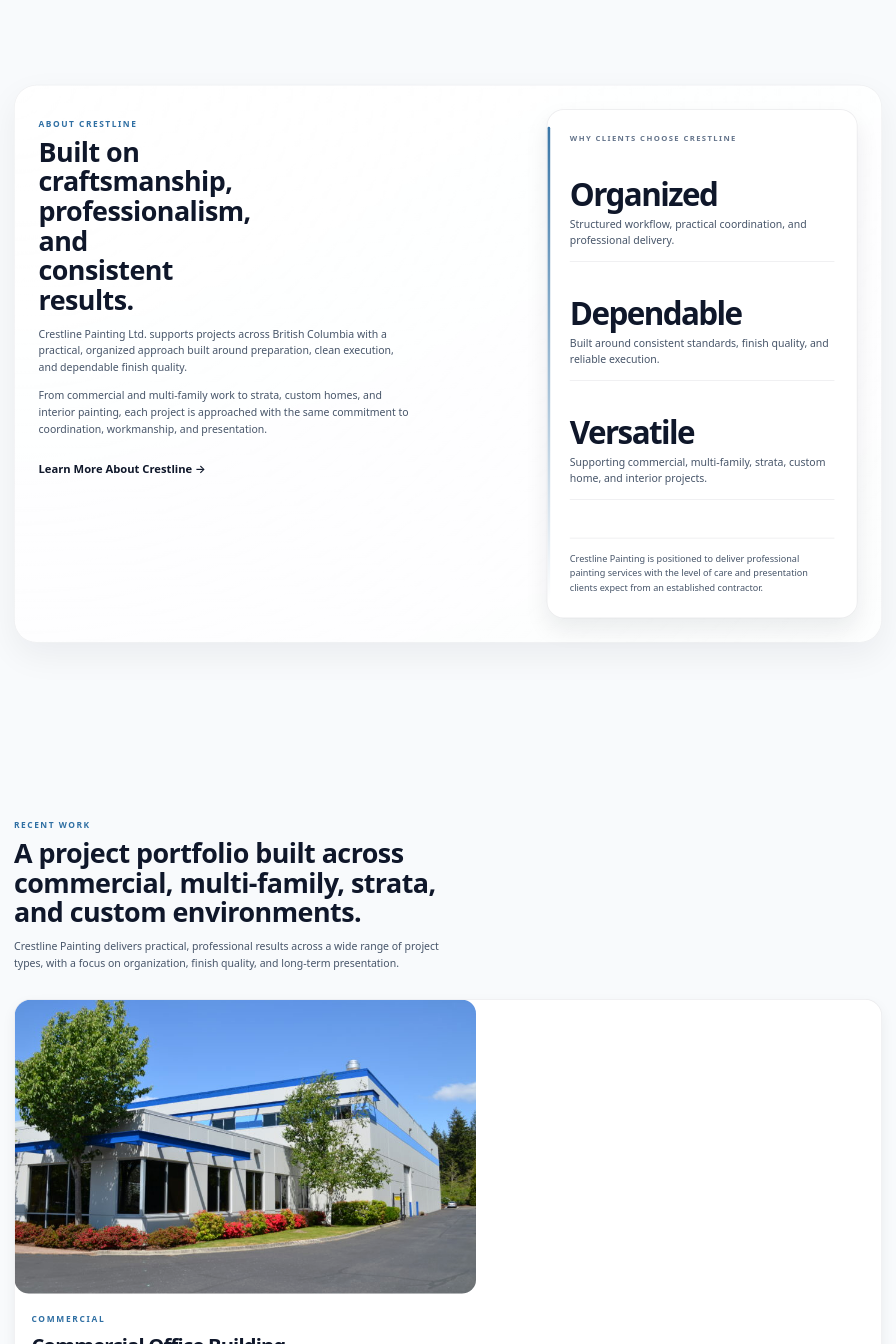
Repository: 300LBHACK3R/Crestline-Painting
Page: /
An editor plug-in stored every save of this project. The page is shown before and after the next save, followed by the edit.
The browser window is 1280 px wide. The pictures show the part of the page from y = 903 to 2823 px (the page is 6799 px tall before and 6789 px after), at 70% of full size.
The project was rebuilt for these pictures with package versions that can differ from the ones it lists, and the page was loaded fresh each time. The framework's server and built-in components were replaced by stand-ins that run in the browser. Also part of the build but not shown: next.config.ts.

Above is the page before, as saved 2026-04-28 19:15:42.

After the next save:
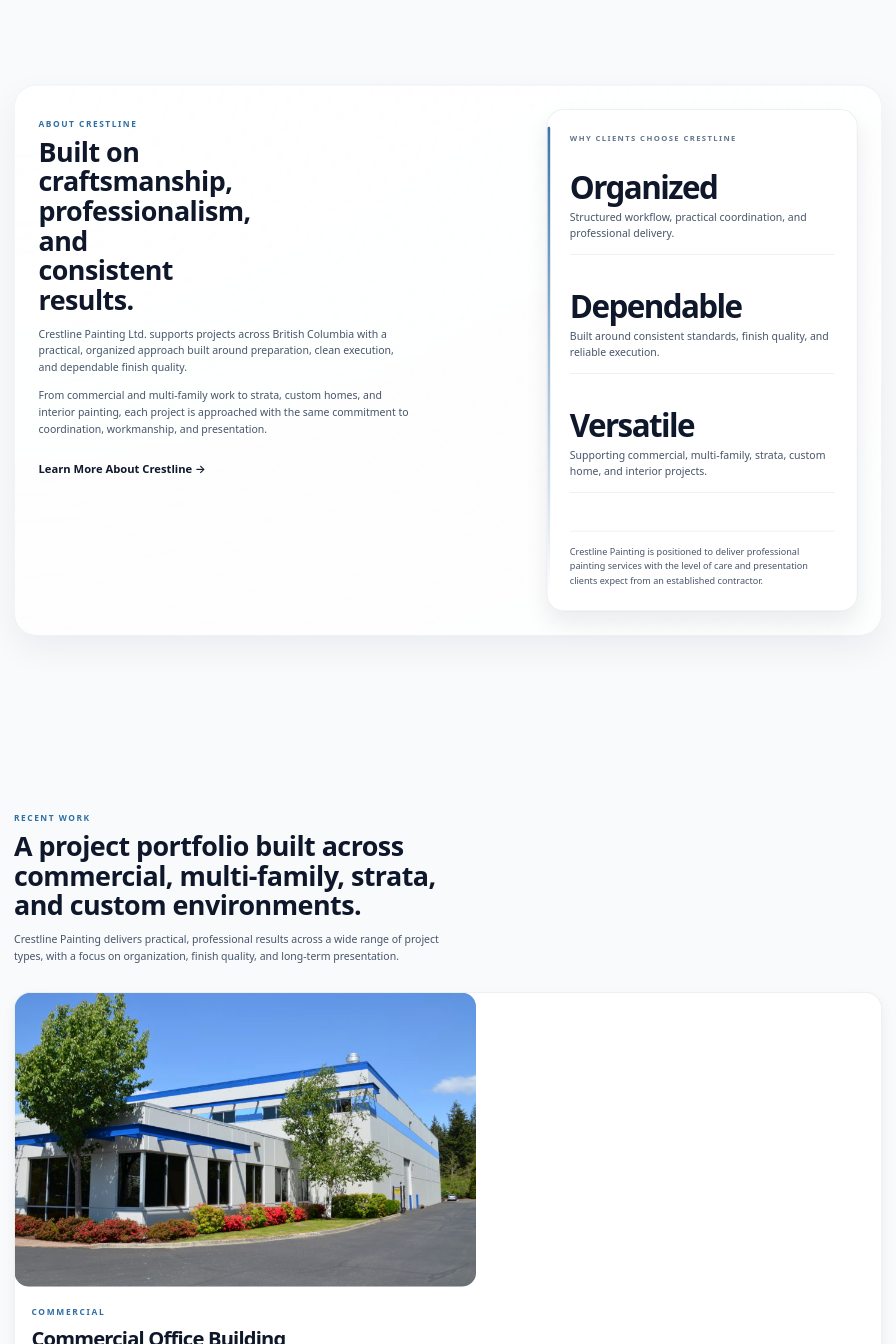
Saved 26 s later.
--- a/src/components/home/home-about-preview.tsx
+++ b/src/components/home/home-about-preview.tsx
@@ -1,16 +1,35 @@
 import Link from "next/link";
 
 export default function HomeAboutPreview() {
+  const stats = [
+    {
+      title: "Organized",
+      copy:
+        "Structured workflow, practical coordination, and professional delivery.",
+    },
+    {
+      title: "Dependable",
+      copy:
+        "Built around consistent standards, finish quality, and reliable execution.",
+    },
+    {
+      title: "Versatile",
+      copy:
+        "Supporting commercial, multi-family, strata, custom home, and interior projects.",
+    },
+  ];
+
   return (
     <section className="section home-about">
       <div className="container">
         <div className="about-feature">
-
           <div className="split-panel split-panel--about-home">
 
             {/* LEFT */}
             <div className="about-feature__content">
-              <div className="section-intro__eyebrow">About Crestline</div>
+              <span className="section-intro__eyebrow">
+                About Crestline
+              </span>
 
               <h2 className="section-intro__title">
                 Built on craftsmanship, professionalism, and consistent results.
@@ -26,37 +45,27 @@
                 each project is approached with the same commitment to coordination, workmanship, and presentation.
               </p>
 
-              <Link href="/about" className="about-feature__link">
+              <Link
+                href="/about"
+                className="about-feature__link"
+                aria-label="Learn more about Crestline Painting"
+              >
                 Learn More About Crestline →
               </Link>
             </div>
 
             {/* RIGHT */}
             <div className="stats-card stats-card--feature">
-              <div className="stats-card__eyebrow">
+              <span className="stats-card__eyebrow">
                 Why Clients Choose Crestline
-              </div>
+              </span>
 
-              <div className="stats-card__item">
-                <strong>Organized</strong>
-                <span>
-                  Structured workflow, practical coordination, and professional delivery.
-                </span>
-              </div>
-
-              <div className="stats-card__item">
-                <strong>Dependable</strong>
-                <span>
-                  Built around consistent standards, finish quality, and reliable execution.
-                </span>
-              </div>
-
-              <div className="stats-card__item">
-                <strong>Versatile</strong>
-                <span>
-                  Supporting commercial, multi-family, strata, custom home, and interior projects.
-                </span>
-              </div>
+              {stats.map((item) => (
+                <div key={item.title} className="stats-card__item">
+                  <strong>{item.title}</strong>
+                  <span>{item.copy}</span>
+                </div>
+              ))}
 
               <div className="stats-card__footer">
                 Crestline Painting is positioned to deliver professional painting services with the level of
@@ -65,7 +74,6 @@
             </div>
 
           </div>
-
         </div>
       </div>
     </section>
